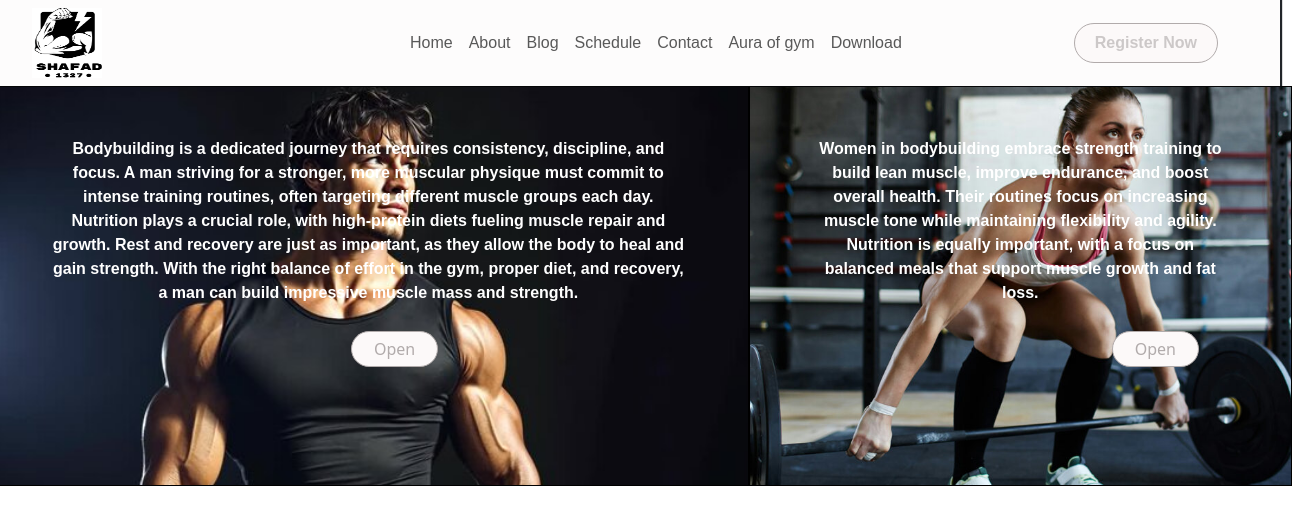
Repository: Daud-shafad/gymwebsite
Page: bootstrap-5.3.3-dist/bootstrap-5.3.3-dist/gym.html
The author's editor kept a copy of each file at every save. The page is drawn from the files as they stood at one save, then again after the next save.
The browser window is 1280 px wide. The page is 1292 px wide, so the pictures cover 1292 px, including what lies to the right of the window. The pictures show the whole page.

Above is the page before, as saved 2024-12-28 13:59:10.

After the next save:
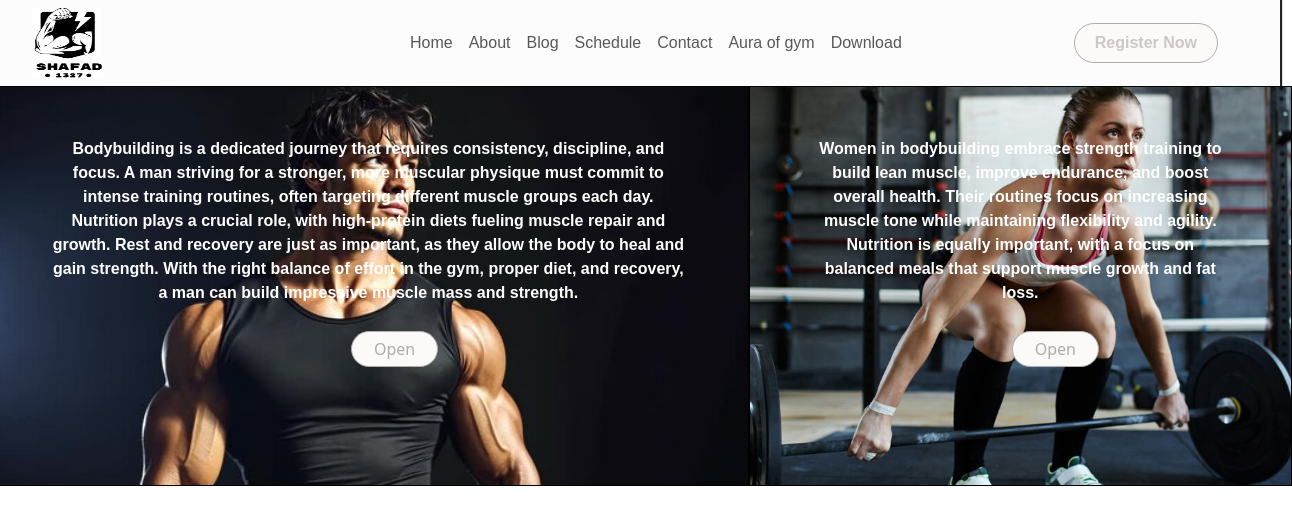
Saved 17 s later.
--- a/bootstrap-5.3.3-dist/bootstrap-5.3.3-dist/gym.css
+++ b/bootstrap-5.3.3-dist/bootstrap-5.3.3-dist/gym.css
@@ -99,7 +99,7 @@
     cursor: pointer;
     border-radius: 25px;
     padding: 5px 22px 5px 22px;
-    margin: -40px 50px 50px 350px;
+    margin: -40px 50px 50px 250px;
     vertical-align: top;
     transition: all 2s;
  }
